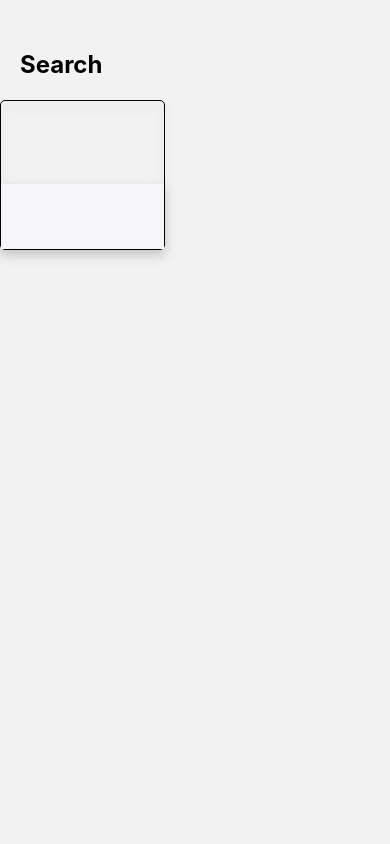
Repository: BCIT-Rooty/rooty-expo
Screen: /
The author's editor kept a copy of each file at every save. The screen is drawn from the files as they stood at one save, then again after a run of saves.
The app was drawn by React Native's web renderer in a window 390 px wide. The project was rebuilt for these pictures with package versions that can differ from the ones it lists, and the page was loaded fresh each time. Also part of the build but not shown: screens/BroadcastMedia.js, screens/Computing.js, screens/Marketing.js, screens/BusinessFinance.js, screens/DigitalArtsDesign.js, screens/Tutoring.js.

Above is the screen before, as saved 2022-12-10 01:12:26.

### App.js
import { NavigationContainer } from '@react-navigation/native';
import { createNativeStackNavigator } from '@react-navigation/native-stack';
import Home from './screens/Home';
import BroadcastMedia from './screens/BroadcastMedia'
import Computing from './screens/Computing'
import Marketing from './screens/Marketing'
import BusinessFinance from './screens/BusinessFinance'
import DigitalArtsDesign from './screens/DigitalArtsDesign'
import Tutoring from './screens/Tutoring'

const Stack = createNativeStackNavigator();

export default function App() {
  return (
    <NavigationContainer>
      <Stack.Navigator>
        <Stack.Screen options={{headerShown: false}} name="Home" component={Home} />
        <Stack.Screen options={{headerShown: false}} name="BroadcastMedia" component={BroadcastMedia} />
        <Stack.Screen options={{headerShown: false}} name="Computing" component={Computing} />
        <Stack.Screen options={{headerShown: false}} name="Marketing" component={Marketing} />
        <Stack.Screen options={{headerShown: false}} name="BusinessFinance" component={BusinessFinance} />
        <Stack.Screen options={{headerShown: false}} name="DigitalArtsDesign" component={DigitalArtsDesign} />
        <Stack.Screen options={{headerShown: false}} name="Tutoring" component={Tutoring} />
      </Stack.Navigator>
    </NavigationContainer>
  );
}

### screens/Home.js
import { StatusBar } from 'expo-status-bar';
import { StyleSheet, Text, View } from 'react-native';
import styled from 'styled-components/native';
import { useState } from 'react';
import { FlexBox } from '../components/flexbox';
import TextBox from '../components/text';
import CategoryCard from '../components/categoryCard';
import { useNavigation } from '@react-navigation/native'

export default function Home() {
  // const [listOfCategories, setListOfCategories] = useState([
  //   { id: "BroadcastMedia", name: "Broadcast & Media", image:"https://starbooks.ca/wk06website/wp-content/uploads/2022/12/broadcast-500x500.png" },
  //   { id: "Computing", name: "Computing", image:"https://starbooks.ca/wk06website/wp-content/uploads/2022/12/programming-Small.jpeg" },
  //   { id: "Marketing", name: "Marketing", image:"https://starbooks.ca/wk06website/wp-content/uploads/2022/12/marketing-500x500.png" },
  //   { id: "BusinessFinance", name: "Business & Finance", image:"https://starbooks.ca/wk06website/wp-content/uploads/2022/12/business-Small.jpeg" },
  //   { id: "DigitalArtsDesign", name: "Digital Arts & Design", image:"https://starbooks.ca/wk06website/wp-content/uploads/2022/12/digitalarts-Small.jpeg" },
  //   { id: "Tutoring", name: "Tutoring", image:"https://starbooks.ca/wk06website/wp-content/uploads/2022/12/tutoring-Small.jpeg" },
  // ]);
    const  navigation = useNavigation()

    // const SendRoute = (catId) => {
    //   navigation.navigate(catId)
    //   console.log("Hello")
    // }


  return (
     <View style={{}}border="0px" width="100%" padding="20px" height="100%">
          <FlexBox width="100%" justifyContent="start" alignItems="flex-start" border="0px" padding="50px 0 7px 20px" minHeight="100px">
            <TextBox txt="Search" size="24px" weight="bold"></TextBox>
          </FlexBox>
          <FlexBox flexWrap="wrap" dir="row" filter="drop-shadow(0px 5px 6px rgba(0, 0, 0, 0.2))" border="0px">
          {/* {listOfCategories.map((category) => (
              // <CategoryCard onPress={SendRoute(category.id)} style={{width:"100%", height:"67%"}} key={category.id} name={category.name} image={category.image}></CategoryCard>

            )) */}
             <CategoryCard></CategoryCard>
          {/* } */}
          </FlexBox>
      </View>
  );
}

### components/flexbox.js
import styled from 'styled-components/native'

export const FlexBox = styled.View`
    display:flex;
    justify-content:${props=>props.justifyContent};
    align-items:${props=>props.alignItems};
    flex-direction:${props=>props.dir};
    flex-wrap: ${props=>props.flexWrap};
    width: ${props=>props.width};
    height: ${props=>props.height};
    background-color: ${props=>props.bgColor};
    padding: ${props=>props.padding || "0px"};
    min-height: ${props=>props.minHeight};
    max-height: ${props=>props.maxHeight};
    background-image: ${props=>props.linearGradient}, url(${props=>props.bgImage});
    background-position: ${props=>props.bgPosition};
    background-size: ${props=>props.bgSize};
    border-radius:${props=>props.borderRadius};
    filter: ${props=>props.filter};
    border: ${props=>props.border};
    position: ${props=>props.position};
    top: ${props=>props.top};
    left:${props=>props.left};
    bottom: ${props=>props.bottom};
    border-bottom-style: ${props=>props.borderBottom};
    border-top: ${props=>props.topBorder};
    border-bottom: ${props=>props.bottomBorder};
    color: ${props=>props.color};
    cursor: ${props=>props.cursor};
    max-width: ${props=>props.maxWidth};
    min-width: ${props=>props.minWidth};
    overflow-y: ${props=>props.overflowY};
    overflow-anchor: ${props=>props.overflowA}
`;

### components/text.js
import styled from "styled-components/native";
import { Text } from 'react-native';

export const TextContain = styled.Text`
    display:flex;
    width: ${props=>props.width};
    height: ${props=>props.height};
    font-size: ${props=>props.fontSize};
    font-weight: ${props=>props.fontWeight};
    text-align: ${props=>props.textAlign};
    color: ${props=>props.textColor};
    padding: ${props=>props.padding};
    background-color: ${props=>props.bgColor};
    text-decoration: ${props=>props.textDecor};
    line-height: normal;
    border-bottom: ${props=>props.borderBottom};
    justify-content: ${props=>props.justifyContent};
    max-width: ${props=>props.maxWidth};
    border-radius:${props=>props.borderRadius};
`

export default function TextBox({
    txt='Text Here',
    size="16px",
    weight="400",
    align="left",
    color="black",
    padding="0px",
    maxWidth="900px",
    value= "0%",
    bgColor="transparent",
    textDecor="none",
    width= "0%",
    height= "0%",
    borderBottom = "0%",
    justifyContent= "0%",
    onChangingTheText = () => {},
    onClick=()=>{},
    borderRadius= "0%",
}){

    return (
    <TextContain onChange={(e) => onChangingTheText(e.target.innerText)} onClick={onClick} width={width} maxWidth={maxWidth} height={height} fontSize={size} fontWeight={weight} textAlign={align} textColor={color} padding={padding} bgColor={bgColor} textDecor={textDecor} borderBottom={borderBottom} justifyContent={justifyContent} borderRadius={borderRadius}>
        {txt}
    </TextContain>
    )
}

### components/categoryCard.js
import { FlexBox } from "./flexbox"
import { Image, Pressable, Text } from "react-native"


export default function CategoryCard({
    id,
    name,
    image,
    style,
    onPress=()=>{}
}) {

    return (
      <Pressable onPress={onPress}>
          <FlexBox dir="column" key={id} style={{width:165, height:150, borderRadius:5, alignItems:"flex-end", justifyContent:"flex-end" }}>
            <Image style={style} borderTopLeftRadius="5pt" borderTopRightRadius="5pt"source={{uri:image}}></Image>
            <FlexBox border="0" height="49pt" width="100%" borderBottomEndRadius="5pt" borderBottomLeftRadius="5pt" bgColor="#F6F6F9" justifyContent="start">
                <Text size="16px" weight="bold" align="left" borderRadius="15px">{name}</Text>
            </FlexBox>
        </FlexBox>
      </Pressable>
    )
  };

After the next 8 saves:
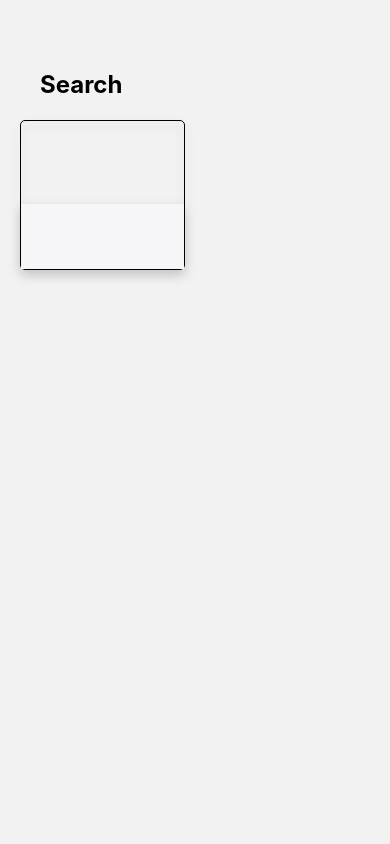
The 8 saves are shown as one change because 2 did not build or start and some came seconds apart.
The last was saved 29 s later.
--- a/screens/Home.js
+++ b/screens/Home.js
@@ -25,7 +25,7 @@ export default function Home() {
 
 
   return (
-     <View style={{}}border="0px" width="100%" padding="20px" height="100%">
+     <View style={{border:"0px", width:"100%", padding:"20px", height:"100%"}}>
           <FlexBox width="100%" justifyContent="start" alignItems="flex-start" border="0px" padding="50px 0 7px 20px" minHeight="100px">
             <TextBox txt="Search" size="24px" weight="bold"></TextBox>
           </FlexBox>
